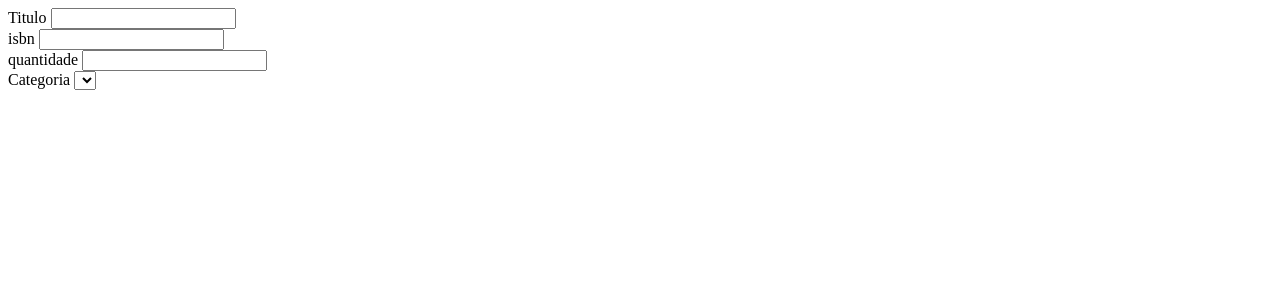
Repository: the-felipe/interfaceApiLivraria
Page: adicionar.html
An editor plug-in stored every save of this project. The page is shown before and after the next save, followed by the edit.
The browser window is 1280 px wide. The pictures show the whole page.

Above is the page before, as saved 2023-07-20 21:37:43.

### adicionar.html
<!DOCTYPE html>
<html lang="en">
<head>
    <meta charset="UTF-8">
    <meta name="viewport" content="width=device-width, initial-scale=1.0">
    <title>Adicionar Livro</title>

    <script src="token.js"></script>
</head>
<body>

    <form action="" id="form">
        <label for="titulo">Titulo</label>
        <input type="text" name="titulo" id="titulo">
        <br>
        <label for="isbn">isbn</label>
        <input type="text" name="isbn" id="isbn">
        <br>
        <label for="quantidade">quantidade</label>
        <input type="text" name="quantidade" id="quantidade">
        <br>
        <label for="categoria">Categoria</label>
        <select name="categoria" id="categoria"></select>

    </form>

    <script>

    </script>

</body>
</html>

### token.js
// salva o token no armazenamento local
function salvarToken(token) {
    localStorage.setItem("TOKEN", JSON.stringify(token))
}

// pega o token de volta
function pegarToken() {
    return JSON.parse(localStorage.getItem("TOKEN"))
}

// faz uma requisição GET pra URL usando o token
function getAutenticado(url) {
    const token = pegarToken()

    return fetch(url, {
        headers: {
            "Authorization": `Bearer ${token.access}`
        }
    })
}

// faz uma requisição POST pra URL usando o token
function postAutenticado(url, body) {
    const token = pegarToken()

    return fetch(url, {
        body: JSON.stringify(body),
        method: "POST",
        headers: {
            "Content-Type": "application/json",
            "Authorization": `Bearer ${token.access}`
        }
    })
}

// faz uma requisição PATCH pra URL usando o token
function patchAutenticado(url, body) {
    const token = pegarToken()

    return fetch(url, {
        body: JSON.stringify(body),
        method: "PATCH",
        headers: {
            "Content-Type": "application/json",
            "Authorization": `Bearer ${token.access}`
        }
    })
}

// faz uma requisição DELETE pra URL usando o token
function deleteAutenticado(url) {
    const token = pegarToken()

    return fetch(url, {
        method: "DELETE",
        headers: {
            "Authorization": `Bearer ${token.access}`
        }
    })
}

After the next save:
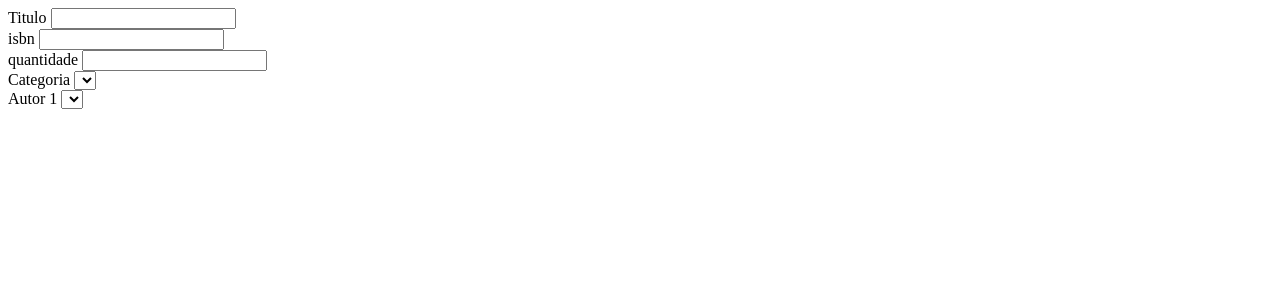
Saved 11 s later.
--- a/adicionar.html
+++ b/adicionar.html
@@ -22,6 +22,9 @@
         <label for="categoria">Categoria</label>
         <select name="categoria" id="categoria"></select>
 
+        <br>
+        <label for="autor">Autor 1</label>
+        <select name="" id=""></select>
     </form>
 
     <script>
